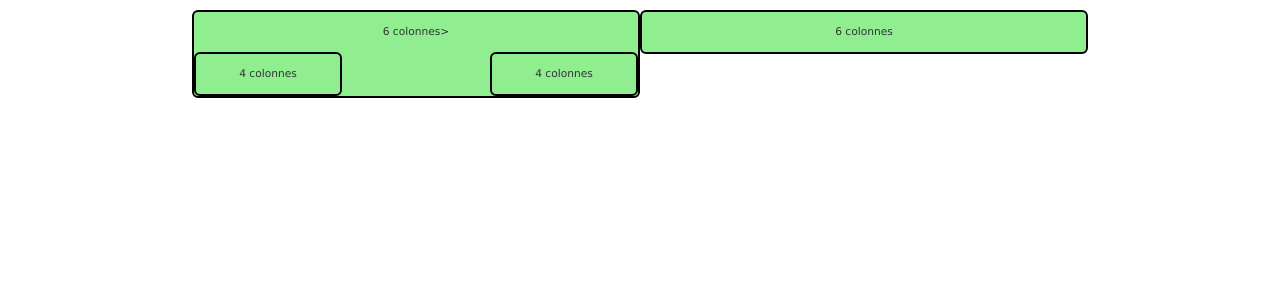
Repository: dridrii/COMPET-BLOC
Page: http://localhost/COMPET-BLOC/
The author's editor kept a copy of each file at every save. The page is drawn from the files as they stood at one save, then again after the next save.
The browser window is 1280 px wide. The pictures show the whole page.
The page is served by Tomcat 9.

Above is the page before, as saved 2015-07-11 16:29:27.

After the next save:
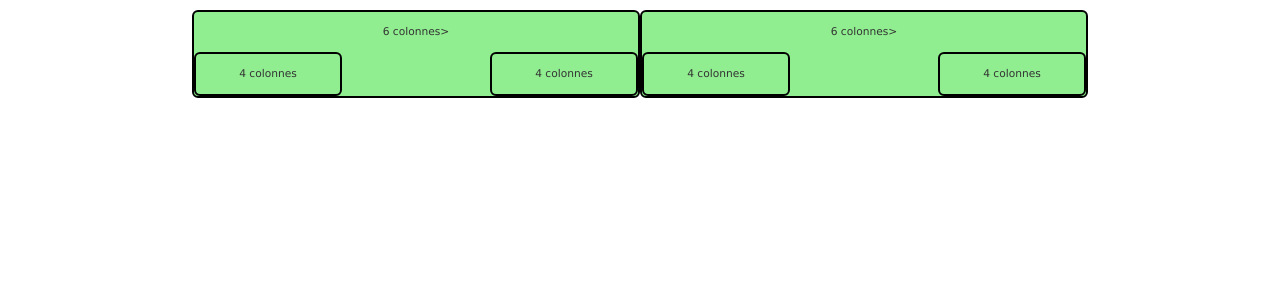
Saved 40 s later.
--- a/COMPET-BLOC/WebContent/index.jsp
+++ b/COMPET-BLOC/WebContent/index.jsp
@@ -13,9 +13,13 @@
 	    			<div class="col-md-4 col-lg-offset-4"> 4 colonnes</div>
 	    		</div>
     		</div>
-    		<div class="col-md-6"> 6 colonnes</div>
-
-		</div>
+    		<div class="col-md-6"> 6 colonnes>
+   			 	<div class="row">
+	    			<div class="col-md-4"> 4 colonnes</div>
+	    			<div class="col-md-4 col-lg-offset-4"> 4 colonnes</div>
+	    		</div>
+    		</div>
+    	</div>
 	</div>
   </body>
 </html>
